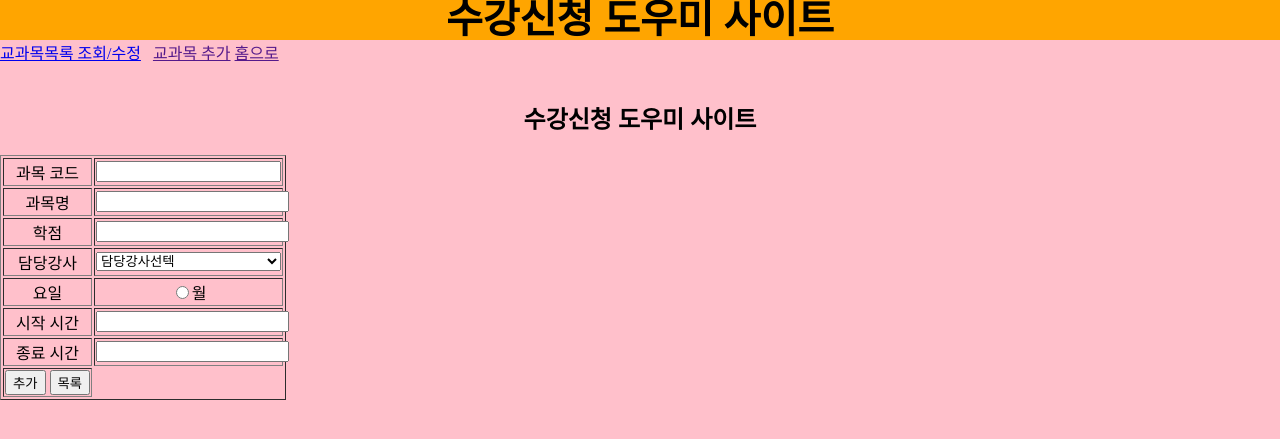
Repository: minjun223/EIP_Study
Page: http://localhost/HRD_2201/insert.jsp
The author's editor kept a copy of each file at every save. The page is drawn from the files as they stood at one save, then again after the next save.
The browser window is 1280 px wide. The pictures show the whole page.
The page is served by Tomcat 9.

Above is the page before, as saved 2023-02-11 11:36:55.

After the next save:
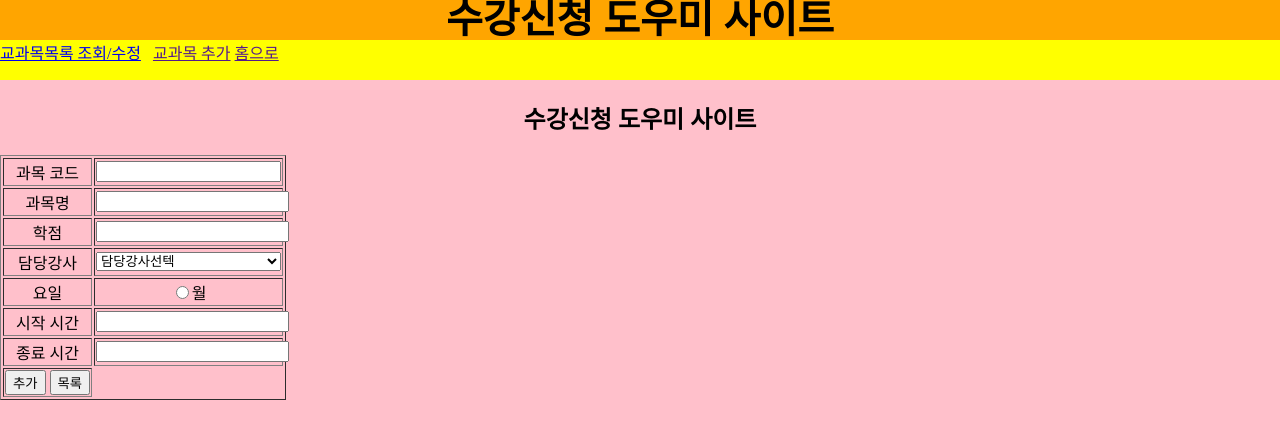
Saved 2 min 9 s later.
--- a/수강신청/HRD_2201/src/main/webapp/header.jsp
+++ b/수강신청/HRD_2201/src/main/webapp/header.jsp
@@ -9,7 +9,7 @@
 <body>
 <header style="position:fixed; top:0px; height:40px; line-height:40px; left:0px; width:100%; background-color:orange; text-align:center; font-size:40px">
 <b>수강신청 도우미 사이트</b></header>
-<nav style="position:fixed; top:40px; height:40px; line-heignt:40px; left:0px;width:100%; pedding-left:20px; background-color:pink">
+<nav style="position:fixed; top:40px; height:40px; line-heignt:40px; left:0px;width:100%; pedding-left:20px; background-color:yellow">
 	<a href="insert.jsp">교과목목록 조회/수정</a>&nbsp;&nbsp;
 	<a href="">교과목 추가</a>
 	<a href="">홈으로</a>
